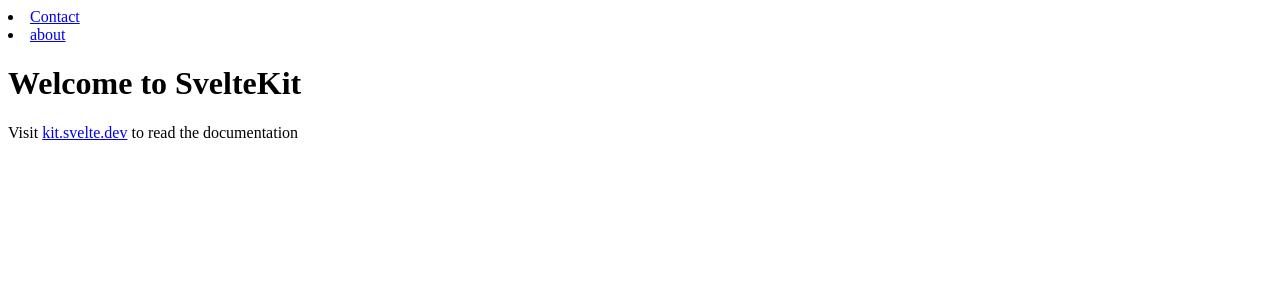
Repository: dingopes/intro-site
Page: /
These files come from the project's save history. The page is drawn as it stood at one moment and after the next save; the edit follows.
The browser window is 1280 px wide. The pictures show the whole page.
The project was rebuilt for these pictures with package versions that can differ from the ones it lists, and the page was loaded fresh each time. The framework's server and built-in components were replaced by stand-ins that run in the browser. Also part of the build but not shown: svelte.config.js, vite.config.js.

Above is the page before, as saved 2023-11-03 14:25:13.

### src/routes/+layout.svelte
<nav>
	<li><a href="contact">Contact</a></li>
	<li><a href="about">about</a></li>
</nav>

<main>
	<slot />
</main>

Loaded but not shown: src/app.html (common file); src/routes/+page.svelte (common file)

After the next save:
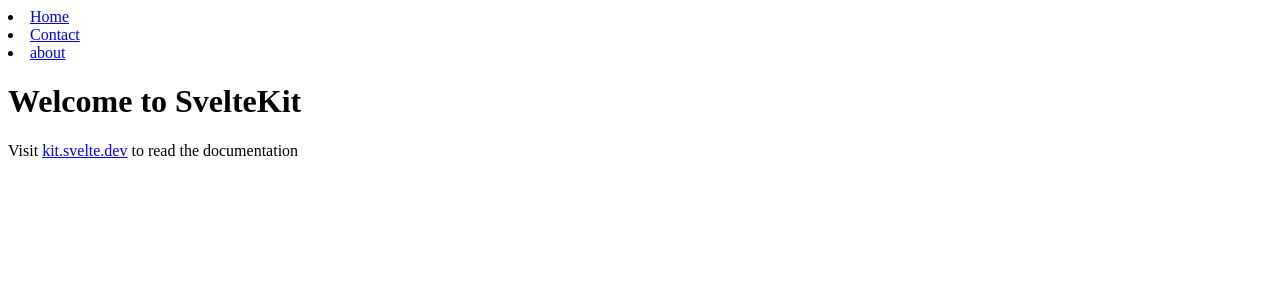
Saved 43 s later.
--- a/src/routes/+layout.svelte
+++ b/src/routes/+layout.svelte
@@ -1,4 +1,5 @@
 <nav>
+	<li><a href="/">Home</a></li>
 	<li><a href="contact">Contact</a></li>
 	<li><a href="about">about</a></li>
 </nav>
